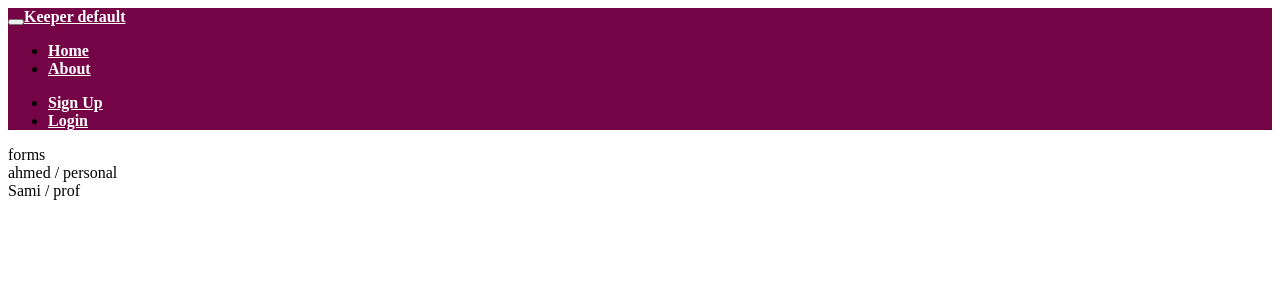
Repository: 3bdulrahman/contact-keeper
Page: / (app in client/)
The author's editor kept a copy of each file at every save. The page is drawn from the files as they stood at one save, then again after the next save.
The browser window is 1280 px wide. The pictures show the whole page.
The project was rebuilt for these pictures with package versions that can differ from the ones it lists, and the page was loaded fresh each time. A package was used in the major version that the imports need, not the one package.json lists. Also part of the build but not shown: client/src/components/pages/About.js.

Above is the page before, as saved 2020-04-04 20:54:00.

### client/src/App.js
import React,{Fragment} from 'react';
import { BrowserRouter as Router , Route , Switch } from 'react-router-dom'
import Navbar from './components/layout/Navbar'
import Home from './components/pages/Home'
import About from './components/pages/About'
import ContactState  from './context/contact/ContactState'
import './App.css'
const  App = ()=> {
   return (
    <ContactState>
    <Router>
    <Fragment>
         <Navbar   />
         <div className='container'>
             <Switch>
               <Route exact path='/' component={Home} />
               <Route exact path='/about' component={About} />
             </Switch>
         </div>
    </Fragment>
    </Router>
    </ContactState>
  );
}

export default App;

### client/src/components/layout/Navbar.js
import React from 'react'
import {Link} from 'react-router-dom'
import PropTypes from 'prop-types'

 const Navbar = ({title}) => {
    return (
        <nav class="navbar navbar-default">
        <div class="navbar-header">
      <button type="button" class="navbar-toggle" data-toggle="collapse" data-target="#myNavbar">
        <span class="icon-bar"></span>
        <span class="icon-bar"></span>
        <span class="icon-bar"></span>
      </button>
      <a class="navbar-brand" href="#">{title}</a>
    </div>
        <div class="container" id="myNavbar">

          <ul class="nav navbar-nav">
            <li class="active"><Link to="/">Home</Link></li>
            <li><Link to="/about">About</Link></li>

          </ul>
          <ul class="nav navbar-nav navbar-right">
      <li><a href="#"><span class="glyphicon glyphicon-user"></span> Sign Up</a></li>
      <li><a href="#"><span class="glyphicon glyphicon-log-in"></span> Login</a></li>
    </ul>
        </div>
      </nav>
    )
}

Navbar.propTypes= {
     title:PropTypes.string.isRequired
}
Navbar.defaultProps = {
     title:'Keeper default '
}

export default Navbar

### client/src/components/pages/Home.js
import React from 'react'
import Contacts from '../contacts/contacts'
 const Home = () => {
    return (
        <div className="row">
            <div className="col-md-6 col-lg-6">forms</div>
             <div className="col-md-6 col-lg-6"><Contacts /></div>
        </div>
    )
}

export default Home

### client/src/context/contact/ContactState.js
import React,{useReducer} from 'react'
import uuid from 'uuid'
import contactContext from './ContactContext'
import { UPDATE_CONTACT,CLEAR_CURRENT,DELETE_CONTACT,SET_CURRENT,ADD_CONTACT,SET_ALERT,REMOVE_ALERT,
    FILTER_CONTACTS,CLEAR_FILTER} from '../type'
import contactReducer from '../contact/ContactReducer'
const ContactState = props=>{
       const contactInit = {
             contacts:[
                   {id:1,name:"ahmed",email:"xx@gmail.com",phone:"020202",type:"personal"},
                   {id:2,name:"Sami",email:"samxx@gmail.com",phone:"058882",type:"prof"}
             ]
       };
       const [state,dispatch] = useReducer(contactReducer,contactInit)
       //add contact
       return(
            <contactContext.Provider value={{
                contacts:state.contacts
            }}>
                {props.children}
            </contactContext.Provider>
       )
}

export default ContactState

### client/src/App.css
.navbar-default{
     background-color:rgb(116, 4, 69);
     border:0px;
     border-radius: 0px;
}
.navbar-default .navbar-nav>.active>a, .navbar-default .navbar-nav>.active>a:focus, .navbar-default .navbar-nav>.active>a:hover{
    background-color:rgb(116, 4, 69);
}

.navbar-nav>.active>a{
     color:#fff;
     font-weight: bold;
     background-color:rgb(116, 4, 69);
}

.navbar-default .navbar-nav>li>a{
    color:#fff;
     font-weight: bold;
}

.navbar-default .navbar-brand{
    background-color:rgb(116, 4, 69);;
    color:#fff;
    font-weight: bold;
}

.navbar-default .navbar-nav>.active>a{
    background-color:rgb(116, 4, 69);;
    color:#fff;
    font-weight: bold;
}

### client/src/components/contacts/contacts.js
import React,{useContext,Fragment} from 'react'
import ContactContext from '../../context/contact/ContactContext'
import ContactsItem from './contactsItem'
 const Contacts = () => {
    const contextContact = useContext(ContactContext)
    const {contacts} = contextContact
    return (
        <Fragment>
            {contacts.map(contact=> <ContactsItem key={contact.id} contact={contact} /> )}
        </Fragment>
    )
}
export default Contacts

### client/src/context/contact/ContactContext.js
import {createContext} from 'react'
const contactContext = createContext()
export default contactContext

### client/src/context/type.js
export const ADD_CONTACT="ADD_CONTACT"
export const DELETE_CONTACT="DELETE_CONTACT"
export const UPDATE_CONTACT="UPDATE_CONTACT"
export const FILTER_CONTACTS="FILTER_CONTACTS"
export const CLEAR_FILTER="CLEAR_FILTER"
export const SET_CURRENT="SET_CURRENT"
export const CLEAR_CURRENT="CLEAR_CURRENT"
export const SET_ALERT="SET_ALERT"
export const REMOVE_ALERT="REMOVE_ALERT"

### client/src/context/contact/ContactReducer.js
import { UPDATE_CONTACT,CLEAR_CURRENT,DELETE_CONTACT,SET_CURRENT,ADD_CONTACT,SET_ALERT,REMOVE_ALERT,
    FILTER_CONTACTS,CLEAR_FILTER} from '../type'

export default (state,action)=>{
      switch(action.type){
           default:
               return state
      }
}

### client/src/components/contacts/contactsItem.js
import React from 'react'

 const ContactsItem = ({contact}) => {
    const {id,name,email,phone,type} = contact
    return (
        <div className="card">

              <div className="card-body">
              {name} / <span className={'badge ' + (type==='personal'?'badge-primary':'badge-danger')}>{type}</span>
              </div>
        </div>
    )
}
export default ContactsItem

Loaded but not shown: client/src/index.js (common file)

After the next save:
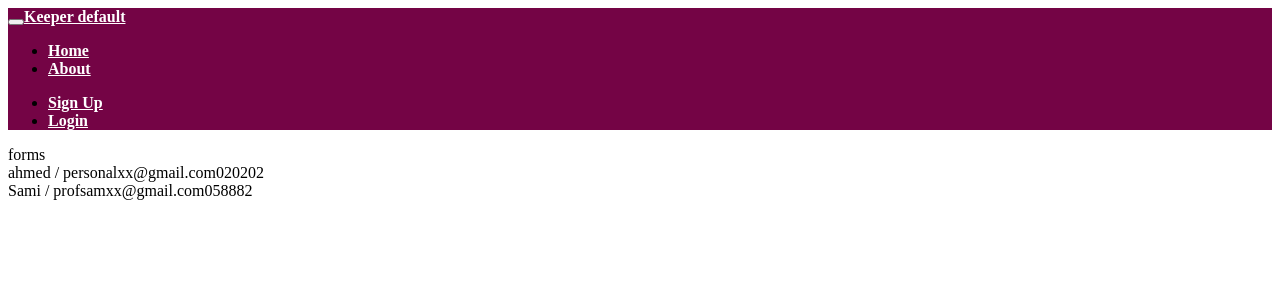
Saved 83 s later.
--- a/client/src/components/contacts/contactsItem.js
+++ b/client/src/components/contacts/contactsItem.js
@@ -7,6 +7,8 @@ import React from 'react'
 
               <div className="card-body">
               {name} / <span className={'badge ' + (type==='personal'?'badge-primary':'badge-danger')}>{type}</span>
+              {email&& <span className="badge badge-success">{email}</span>}
+              {phone&& <span className="badge badge-warring">{phone}</span>}
               </div>
         </div>
     )
